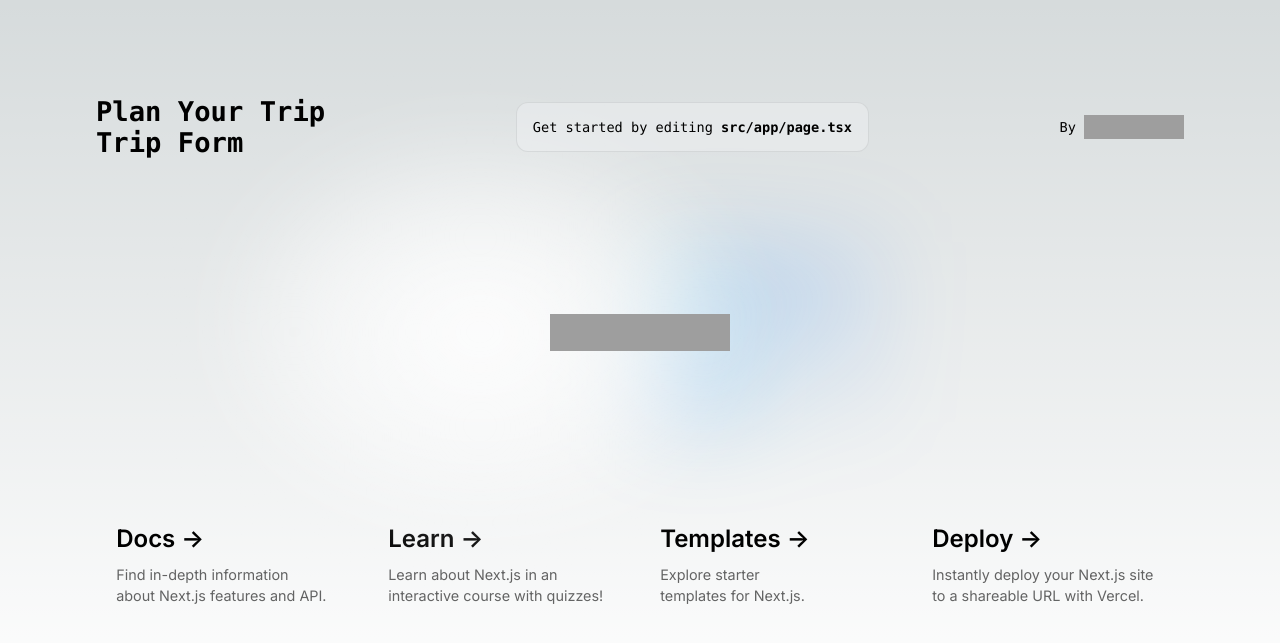
Repository: aobeid1979/reseplanerna
Page: / (app in reseplanerna/)
These files come from the project's save history. The page is drawn as it stood at one moment and after a run of saves; the edit follows.
The browser window is 1280 px wide. The pictures show the whole page.
Pictures or frames that could not be fetched are drawn as grey boxes. The project was rebuilt for these pictures with package versions that can differ from the ones it lists, and the page was loaded fresh each time. The framework's server and built-in components were replaced by stand-ins that run in the browser. Also part of the build but not shown: reseplanerna/next.config.mjs.

Above is the page before, as saved 2024-04-23 12:04:03.

After the next 9 saves:
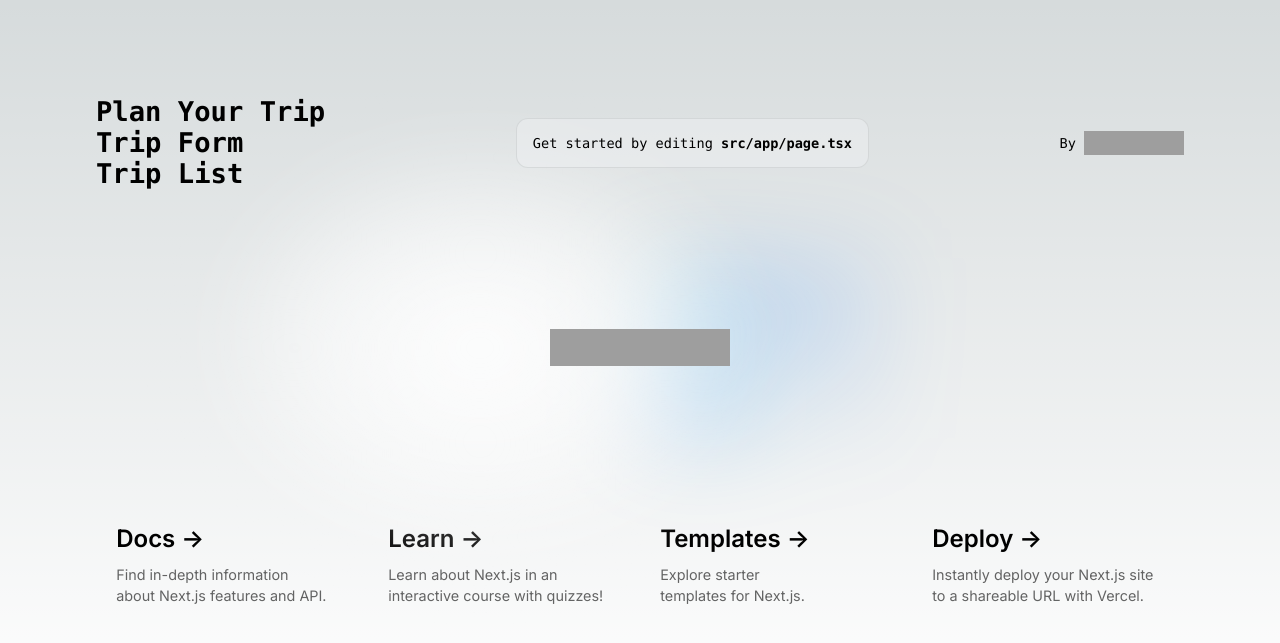
The 9 saves are shown as one change because 3 did not build or start and some came seconds apart.
The last was saved 32 s later.
--- a/reseplanerna/src/app/page.tsx
+++ b/reseplanerna/src/app/page.tsx
@@ -2,6 +2,7 @@
 import styles from "./page.module.css";
 import React from "react";
 import TripForm from "../components/TripForm/TripForm";
+import TripList from "../components/TripList/TripList";
 
 export default function Home() {
   return (
@@ -10,6 +11,7 @@
         <div>
           <h1>Plan Your Trip</h1>
           <TripForm />
+          <TripList />
         </div>
         <p>
           Get started by editing&nbsp;
